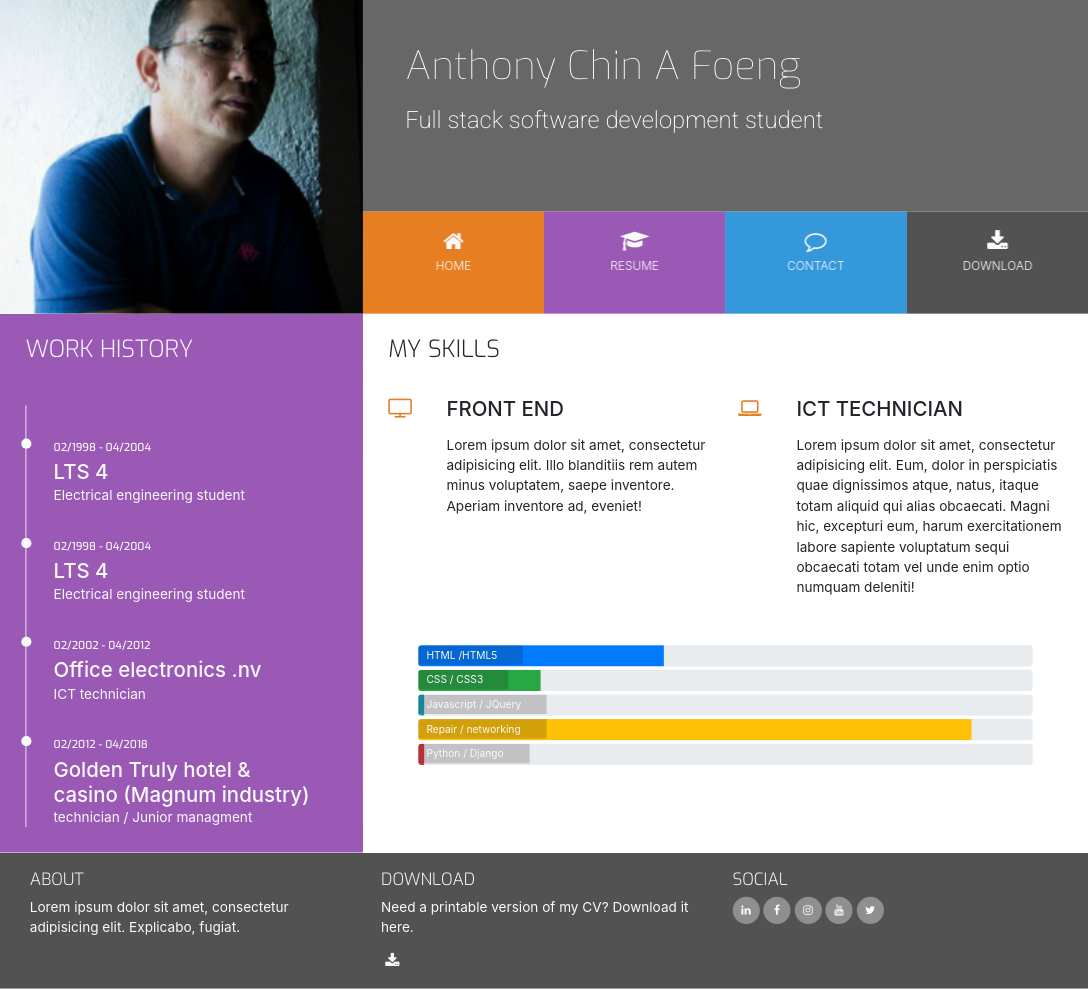
Repository: anthonycaf/UCD-Resume
Page: recume.html
The author's editor kept a record of every edit. The page is drawn from the files as they stood at one moment, then again after the next edit.
The browser window is 1280 px wide. The pictures show the whole page, at 85% of full size.

Above is the page before.

After the next edit:
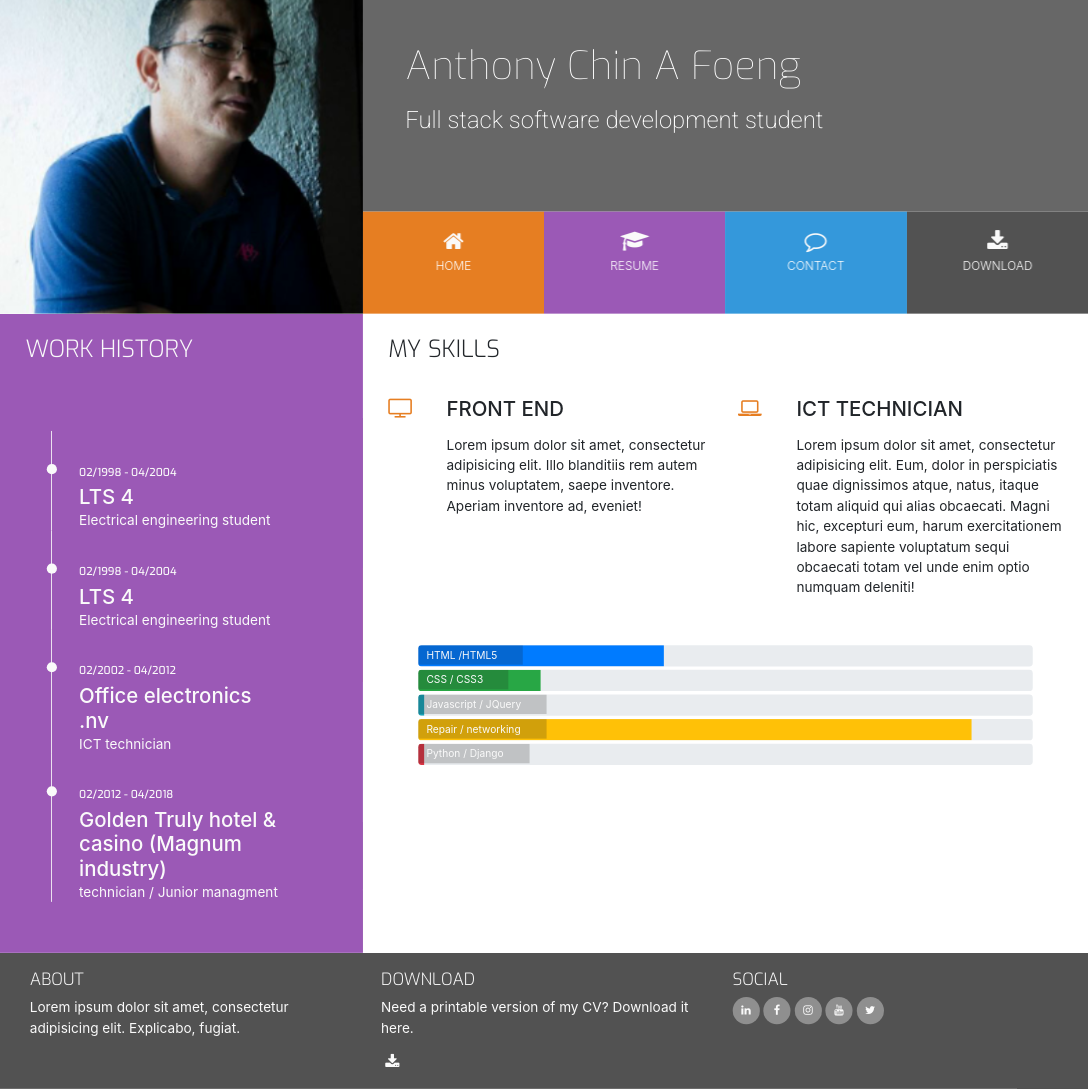
The edit:
--- a/assets/css/style.css
+++ b/assets/css/style.css
@@ -310,3 +310,6 @@
     content: '';
     background-color: #fafafa;
 }
+.history-items {
+    margin: 30px;
+}
